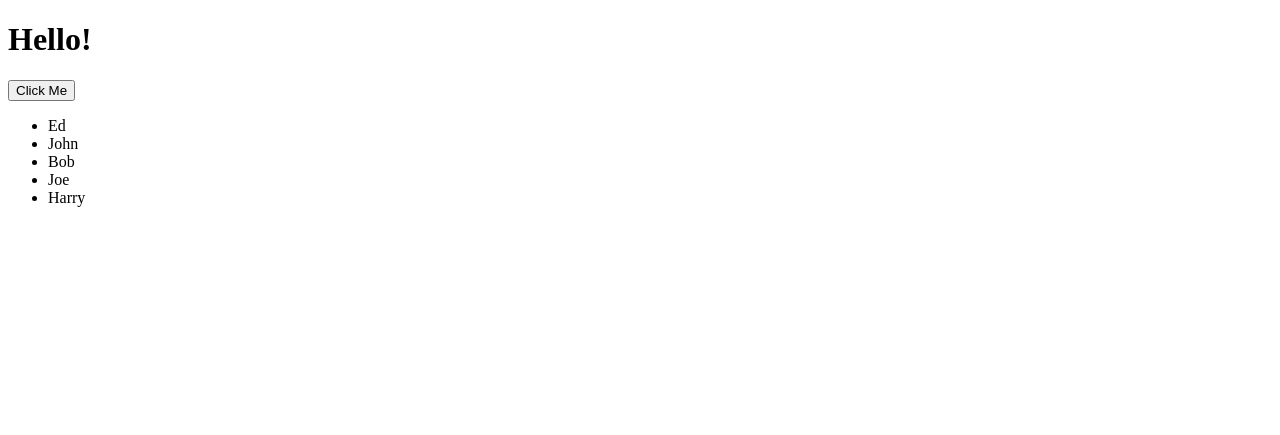
Repository: jnguyen113/DOM-Manipulation
Page: index.html
These files come from the project's save history. The page is drawn as it stood at one moment and after a run of saves; the edit follows.
The browser window is 1280 px wide. The pictures show the whole page.

Above is the page before, as saved 2020-06-12 11:00:21.
Console error: SyntaxError: missing ) after argument list

After the next 2 saves:
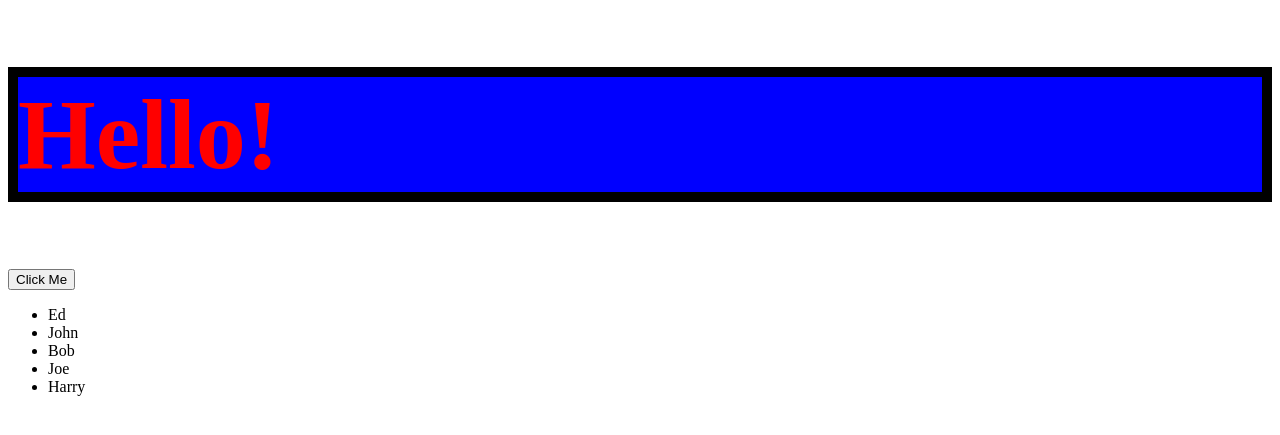
The error is gone.
The 2 saves are shown as one change because they came seconds apart.
The last was saved 16 s later.
--- a/main.js
+++ b/main.js
@@ -7,8 +7,8 @@ const userList = document.querySelectorAll('.name-list li');
 for(user of userList){
     user.addEventListener('click',function(){
 
-    }
-});
+    });
+}
 text.style.color = 'red';
 text.style.backgroundColor = 'blue';
 text.classList.add("change");
